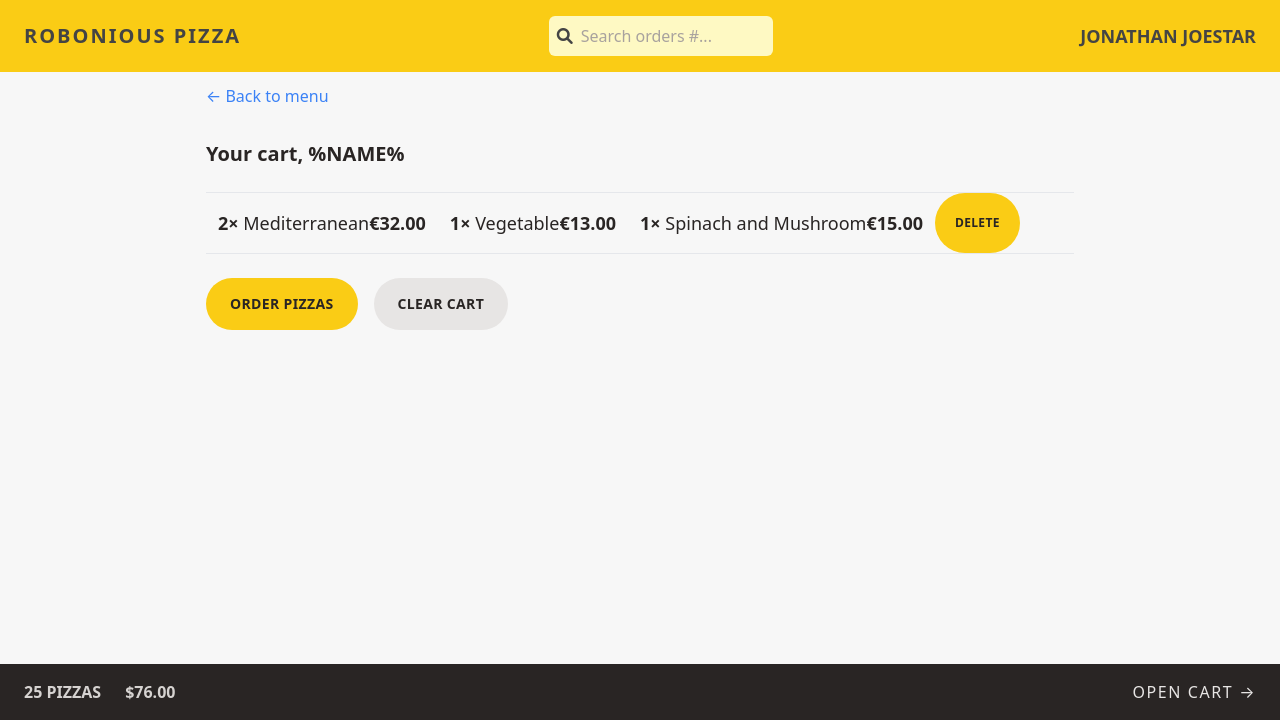
Repository: Alexro04/fast-food
Page: /cart (app in fast-food/)
An editor plug-in stored every save of this project. The page is shown before and after the next save, followed by the edit.
The browser window is 1280 px wide. The pictures show the whole page.
The project was rebuilt for these pictures with package versions that can differ from the ones it lists, and the page was loaded fresh each time. Also part of the build but not shown: fast-food/vite.config.js, fast-food/src/features/user/CreateUser.jsx, fast-food/src/ui/Home.jsx, fast-food/src/ui/Loading.jsx, fast-food/src/utils/apiRestaurant.js, fast-food/src/features/order/OrderItem.jsx, fast-food/src/features/order/Order.jsx, fast-food/src/features/menu/MenuItem.jsx and 3 more.

Above is the page before, as saved 2025-03-14 07:06:31.

### fast-food/index.html
<!doctype html>
<html lang="en">
  <head>
    <meta charset="UTF-8" />
    <link rel="icon" type="image/svg+xml" href="/vite.svg" />
    <link
      rel="stylesheet"
      href="https://cdnjs.cloudflare.com/ajax/libs/font-awesome/6.0.0-beta3/css/all.min.css"
    />
    <meta name="viewport" content="width=device-width, initial-scale=1.0" />
    <title>Vite + React</title>
  </head>
  <body>
    <div id="root"></div>
    <script type="module" src="/src/main.jsx"></script>
  </body>
</html>

### fast-food/src/index.css
@tailwind base;
@tailwind components;
@tailwind utilities;
@layer components {
  .input {
    @apply rounded-full border border-stone-200 px-4 py-2 transition-all duration-300 focus:outline-none focus:ring focus:ring-yellow-300 md:px-6 md:py-3;
  }
}

body {
  font-family:
    system-ui,
    -apple-system,
    BlinkMacSystemFont,
    "Segoe UI",
    Roboto,
    Oxygen,
    Ubuntu,
    Cantarell,
    "Open Sans",
    "Helvetica Neue",
    sans-serif;
  background-color: #f7f7f7;
  color: #444;
}

.layout {
  display: grid;
  grid-template-rows: auto 1fr auto;
  gap: 32px;
  height: 100dvh;
}

/* https://dev.to/afif/i-made-100-css-loaders-for-your-next-project-4eje */
.loader {
  width: 45px;
  aspect-ratio: 0.75;
  --c: no-repeat linear-gradient(#333 0 0);
  background:
    var(--c) 0% 50%,
    var(--c) 50% 50%,
    var(--c) 100% 50%;
  background-size: 20% 50%;
  animation: loading 1s infinite linear;
}

@keyframes loading {
  20% {
    background-position:
      0% 0%,
      50% 50%,
      100% 50%;
  }
  40% {
    background-position:
      0% 100%,
      50% 0%,
      100% 50%;
  }
  60% {
    background-position:
      0% 50%,
      50% 100%,
      100% 0%;
  }
  80% {
    background-position:
      0% 50%,
      50% 50%,
      100% 100%;
  }
}

### fast-food/src/App.jsx
import { createBrowserRouter, RouterProvider } from "react-router-dom"
import Home from "./ui/Home"
import AppLayout from "./ui/AppLayout"
import Cart from './features/cart/Cart'
import Order, { loader as orderLoader } from './features/order/Order'
import Menu, { loader as menuLoader } from './features/menu/Menu'
import Error from './ui/Error'
import CreateOrder, { action as createOrderAction } from "./features/order/CreateOrder"

function App() {
  const router = createBrowserRouter([
    {
      element: <AppLayout />,
      errorElement: <Error />,
      children: [
        {
          path: '/',
          element: <Home />
        },
        {
          path: '/cart',
          element: <Cart />
        },
        {
          path: '/order/:orderId',
          element: <Order />,
          loader: orderLoader,
          errorElement: <Error />
        },
        {
          path: '/order/new',
          element: <CreateOrder />,
          action: createOrderAction
        },
        {
          path: '/menu',
          element: <Menu />,
          loader: menuLoader,
          errorElement: <Error />
        },
      ]
    }
  ])

  return (
    <RouterProvider router={router} />
  )
}

export default App

### fast-food/src/ui/AppLayout.jsx
import { Outlet, useNavigation } from "react-router-dom";
import Header from "./Header";
import Loading from "./Loading";
import Footer from "./Footer";

export default function AppLayout() {
  const navigation = useNavigation();
  const isLoading = navigation.state === "loading";

  return (
    <div className="grid h-screen grid-rows-[auto_1fr_auto]">
      {isLoading && <Loading />}
      <Header />
      <main className="flex overflow-y-scroll">
        <div className="mx-auto w-full max-w-[900px]">
          <Outlet />
        </div>
      </main>
      <Footer />
    </div>
  );
}

### fast-food/src/features/cart/Cart.jsx
import { Link } from "react-router-dom";
import Button from "../../ui/Button";
import CartItem from "./CartItem";

const fakeCart = [
  {
    pizzaId: 12,
    name: "Mediterranean",
    quantity: 2,
    unitPrice: 16,
    totalPrice: 32,
  },
  {
    pizzaId: 6,
    name: "Vegetable",
    quantity: 1,
    unitPrice: 13,
    totalPrice: 13,
  },
  {
    pizzaId: 11,
    name: "Spinach and Mushroom",
    quantity: 1,
    unitPrice: 15,
    totalPrice: 15,
  },
];

function Cart() {
  const cart = fakeCart;

  return (
    <div className="px-4 py-3 text-stone-800">
      <Link to="/menu" className="text-blue-500" font-semibold>
        &larr; Back to menu
      </Link>

      <h2 className="mt-8 text-xl font-semibold">Your cart, %NAME%</h2>
      <ul className="my-6 flex justify-between divide-y divide-stone-200 border-y">
        <div className="flex justify-between">
          {cart.map((item) => (
            <CartItem item={item} />
          ))}
          <Button type="small">delete</Button>
        </div>
      </ul>
      <div className="space-x-4">
        <Button type="primary" to="/order/new">
          Order pizzas
        </Button>
        <Button type="secondary">Clear cart</Button>
      </div>
    </div>
  );
}

export default Cart;

### fast-food/src/ui/Header.jsx
import { Link } from "react-router-dom";
import Search from "./Search";

function Header() {
  return (
    <header className="flex items-center justify-between bg-yellow-400 px-3 py-4 sm:px-6">
      <Link
        to="/"
        className="whitespace-nowrap text-lg font-semibold uppercase tracking-wider sm:tracking-widest md:text-xl"
      >
        Robonious Pizza
      </Link>
      <Search />
      <p className="hidden text-base font-semibold uppercase sm:block md:text-lg">
        Jonathan Joestar
      </p>
    </header>
  );
}

export default Header;

### fast-food/src/ui/Footer.jsx
import { Link } from "react-router-dom";

function Footer() {
  return (
    <div className="flex justify-between bg-stone-800 px-3 py-4 text-sm uppercase text-stone-200 sm:px-6 md:text-base">
      <p className="space-x-2 font-semibold text-stone-300 sm:space-x-6">
        <span>25 pizzas</span>
        <span>$76.00</span>
      </p>
      <Link to="/cart" className="tracking-widest">
        open cart &rarr;
      </Link>
    </div>
  );
}

export default Footer;

### fast-food/src/ui/Button.jsx
import React from "react";
import { Link } from "react-router-dom";

function Button({ children, disabled, type, to }) {
  const base =
    "inline-block tracking-wide disabled:cursor-not-allowed rounded-full transition-colors duration-300 font-semibold uppercase focus:outline-none focus:ring-2 focus:ring-offset-2 ";

  const base_primary =
    base +
    "bg-yellow-400 text-stone-800 hover:bg-yellow-300 focus:bg-yellow-300 focus:ring-yellow-300 ";

  const base_secondary =
    base +
    "bg-stone-200 text-stone-800 hover:bg-stone-800 hover:text-stone-200 focus:bg-stone-800 focus:text-stone-200 focus:ring-stone-800 ";

  const style = {
    primary: base_primary + "px-4 py-3 text-sm md:px-6 md:py-4",
    secondary: base_secondary + "px-4 py-3 text-sm md:px-6 md:py-4",
    small: base_primary + "px-4 py-2 text-xs md:px-5 md:py-2.5",
  };

  if (to)
    return (
      <Link to={to} className={style[type]}>
        {children}
      </Link>
    );

  return (
    <button disabled={disabled} className={style[type]}>
      {children}
    </button>
  );
}

export default Button;

### fast-food/src/features/cart/CartItem.jsx
import { formatCurrency } from "../../utils/helpers";

function CartItem({ item }) {
  const { pizzaId, name, quantity, totalPrice } = item;

  return (
    <li className="flex items-center justify-between px-2 py-3 sm:px-3 sm:py-4 sm:text-lg">
      <p>
        <span className="font-semibold">{quantity}&times;</span> {name}
      </p>
      <div className="font-semibold">
        <p>{formatCurrency(totalPrice)}</p>
      </div>
    </li>
  );
}

export default CartItem;

### fast-food/src/ui/Search.jsx
import { useState } from "react";
import { useNavigate } from "react-router-dom";

function Search() {
  const [query, setQuery] = useState("");
  const navigate = useNavigate();

  function handleSubmit(e) {
    e.preventDefault();
    if (!query) return;
    navigate(`/order/${query}`);
    setQuery("");
  }

  return (
    <form onSubmit={handleSubmit} className="relative flex items-center">
      <i class="fas fa-search absolute left-2"></i>
      <input
        type="text"
        value={query}
        onChange={(e) => setQuery(e.target.value)}
        placeholder="Search orders #..."
        className="duration- rounded-md bg-yellow-100 py-2 pl-8 pr-4 transition-all placeholder:text-stone-400 focus:outline-none focus:ring focus:ring-yellow-500 focus:ring-opacity-50 sm:w-56 sm:focus:w-72 sm:focus:ring"
      />
    </form>
  );
}

export default Search;

Loaded but not shown: fast-food/src/main.jsx (common file); fast-food/src/utils/helpers.js (common file); fast-food/tailwind.config.js (common file)

After the next save:
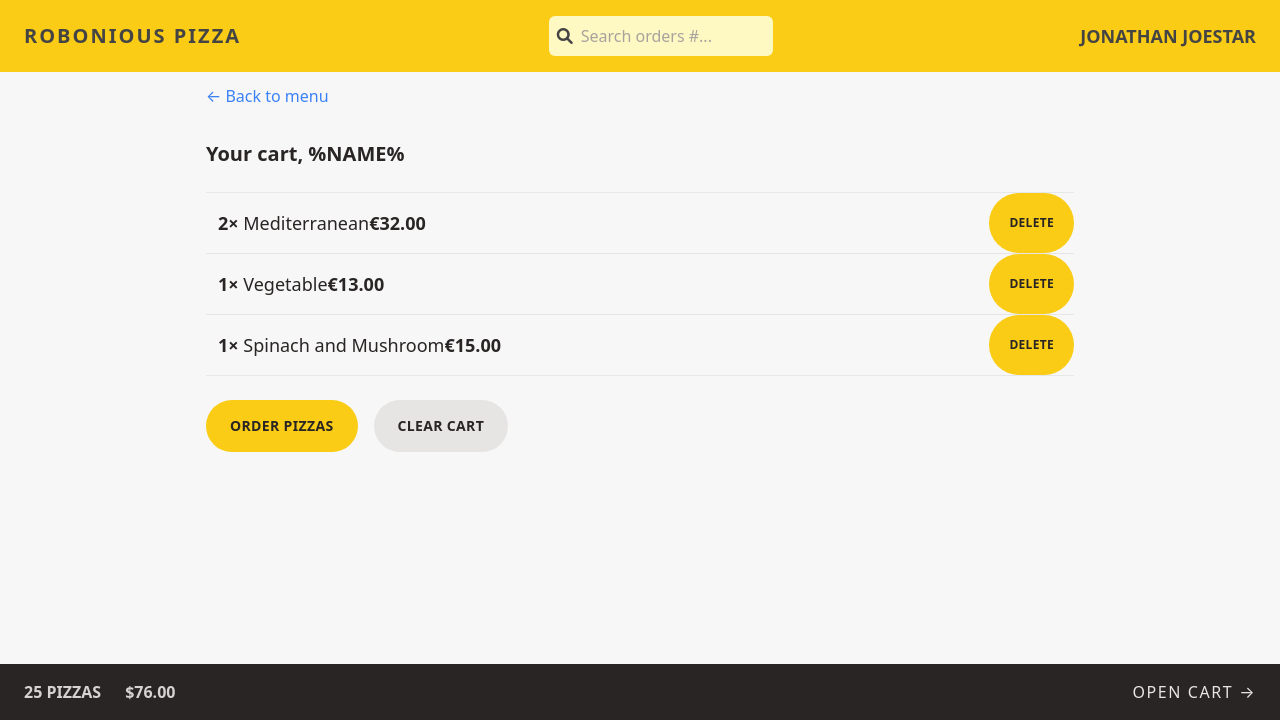
Saved 36 s later.
--- a/fast-food/src/features/cart/Cart.jsx
+++ b/fast-food/src/features/cart/Cart.jsx
@@ -36,13 +36,13 @@ function Cart() {
       </Link>
 
       <h2 className="mt-8 text-xl font-semibold">Your cart, %NAME%</h2>
-      <ul className="my-6 flex justify-between divide-y divide-stone-200 border-y">
-        <div className="flex justify-between">
-          {cart.map((item) => (
+      <ul className="my-6 divide-y divide-stone-200 border-y">
+        {cart.map((item) => (
+          <div className="flex justify-between">
             <CartItem item={item} />
-          ))}
-          <Button type="small">delete</Button>
-        </div>
+            <Button type="small">delete</Button>
+          </div>
+        ))}
       </ul>
       <div className="space-x-4">
         <Button type="primary" to="/order/new">
